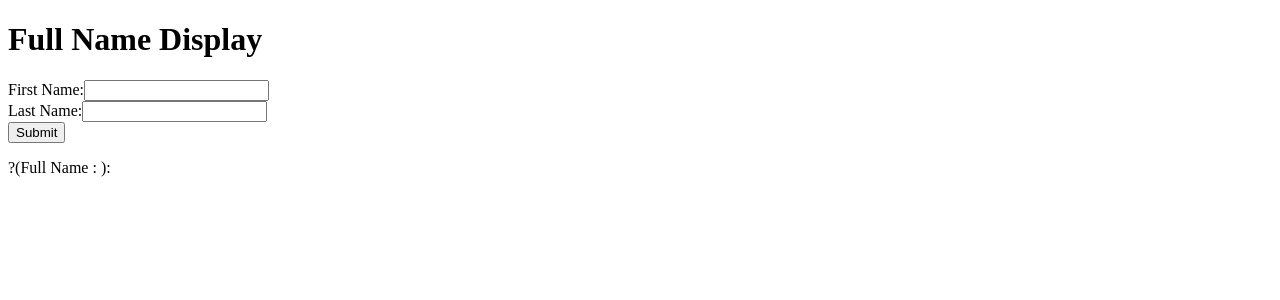
Repository: rajratangm/NameForm
Page: /
The author's editor kept a copy of each file at every save. The page is drawn from the files as they stood at one save, then again after the next save.
The browser window is 1280 px wide. The pictures show the whole page.
The project was rebuilt for these pictures with package versions that can differ from the ones it lists, and the page was loaded fresh each time. Also part of the build but not shown: vite.config.js.

Above is the page before, as saved 2024-04-02 17:05:51.

After the next save:
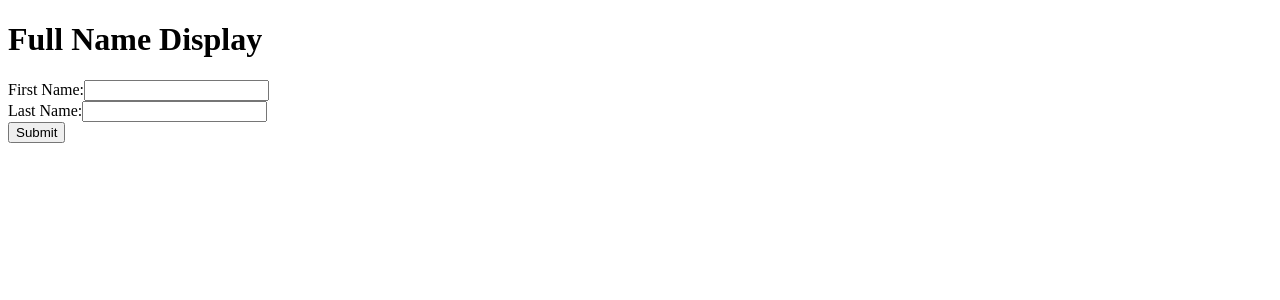
Saved 42 s later.
--- a/src/App.jsx
+++ b/src/App.jsx
@@ -37,7 +37,7 @@ function App() {
 
     </form>
 
-    <p>{submitted}?(Full Name :{firstName} {lastName}): </p>
+
 
 
     </>
